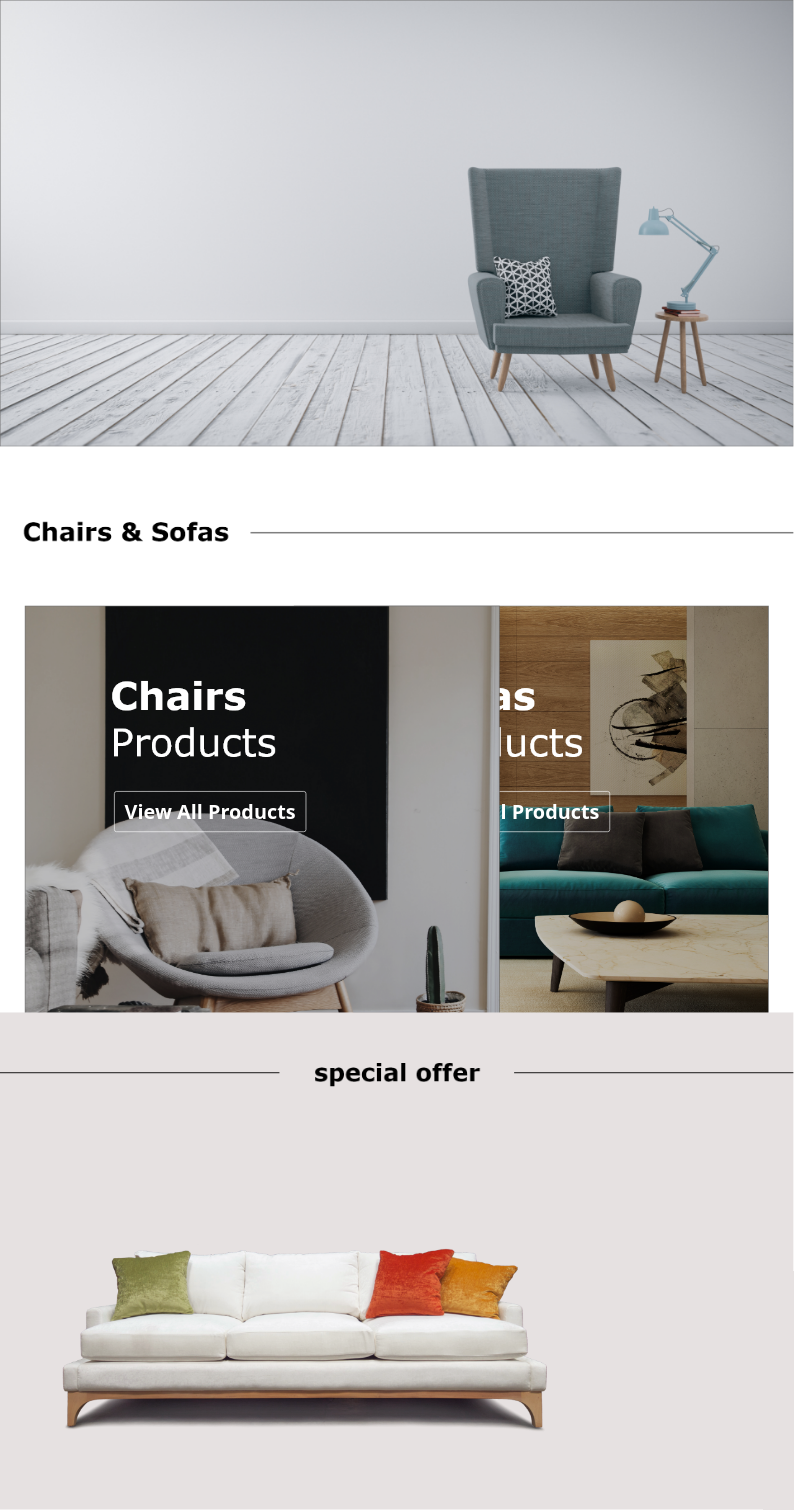
Repository: MEROO1010/creative_home
Page: /
An editor plug-in stored every save of this project. The page is shown before and after the next save, followed by the edit.
The browser window is 1280 px wide. The pictures show the whole page, at 62% of full size.
The project was rebuilt for these pictures with package versions that can differ from the ones it lists, and the page was loaded fresh each time. The framework's server and built-in components were replaced by stand-ins that run in the browser. Also part of the build but not shown: next.config.js.

Above is the page before, as saved 2022-12-11 10:24:40.

### pages/_app.tsx
import '../styles/globals.css'
import type { AppProps } from 'next/app'

export default function App({ Component, pageProps }: AppProps) {
  return <Component {...pageProps} />


}

### pages/index.tsx
import styles from '../styles/Home.module.css'
import Firstsection from '../components/Firstsection'
import Chair_Sofa from '../components/Chair_Sofa'
import SpecialOffer from '../components/SpecialOffer'



export default function Home() {
  return (
    <div className='overflow-y-auto'>

    <div>
      <Firstsection/>

      <Chair_Sofa/>

      <div  >
      <SpecialOffer/>
      </div>



    </div>



    </div>

  )
}

### components/Firstsection.tsx
import React from 'react'
import Image from 'next/image'
import first_img from '../assets/images/first_img.png'


const firstsection = () => {
  return (
    <div>
      <Image src={first_img} alt={''}/>
    </div>
  )
}

export default firstsection

### components/Chair_Sofa.tsx
import React from 'react'
import Image from 'next/image'

import Title1 from '../assets/images/title1.png'
import righBtn from '../assets/images/btn-r.png'
import leftBtn from '../assets/images/btn-l.png'




const Chair_Sofa = () => {
  return (
    <div className='py-4 '>
     <div className='my-20 py-4'>
     <Image src={Title1} alt={''}/>
     </div>

     <div className=" absolute   	 right-10	     ">
      <Image src={righBtn} alt={''}/>
      <div className="absolute bottom-60   left-40 mx-10 my-28 bg-transparent hover:bg-gray-500 text-white  text-[32px] font-semibold hover:text-white py-2 px-4 border border-white hover:border-transparent rounded w-394 h-82   "><button>View All Products</button></div>
     </div>

     <div className=" absolute left-10  ">
      <Image src={leftBtn} alt={''}/>
      <div className="absolute bottom-60   left-20 mx-16 my-28 bg-transparent hover:bg-gray-500 text-white  text-[32px] font-semibold hover:text-white py-2 px-4 border border-white hover:border-transparent rounded w-394 h-82   "><button>View All Products</button></div>
     </div>

      <div>

      </div>

   </div>
  )
}

export default Chair_Sofa

### components/SpecialOffer.tsx
import React from 'react'
import Image from 'next/image'
import specialOffer from '../assets/images/specialOffer.png'
import sofa2 from '../assets/images/sofa2.png'



const SpecialOffer = () => {
  return (
    <div className="relative bg-[#E6E1E1]  py-10    my-80  top-80    ">
        <div className=' py-4 my-4 top-20'>
          <Image src={specialOffer} alt=''/>

         </div>

         <div className='mx-20 left-10'>
          <Image src={sofa2} alt=''/>

         </div>
    </div>
  )
}

export default SpecialOffer

### tailwind.config.js
/** @type {import('tailwindcss').Config} */
module.exports = {
  content: [
    "./pages/**/*.{js,ts,jsx,tsx}",
    "./components/**/*.{js,ts,jsx,tsx}",
  ],
  theme: {

    extend: {},
  },
  plugins: [],
}

Loaded but not shown: styles/globals.css (common file)

After the next save:
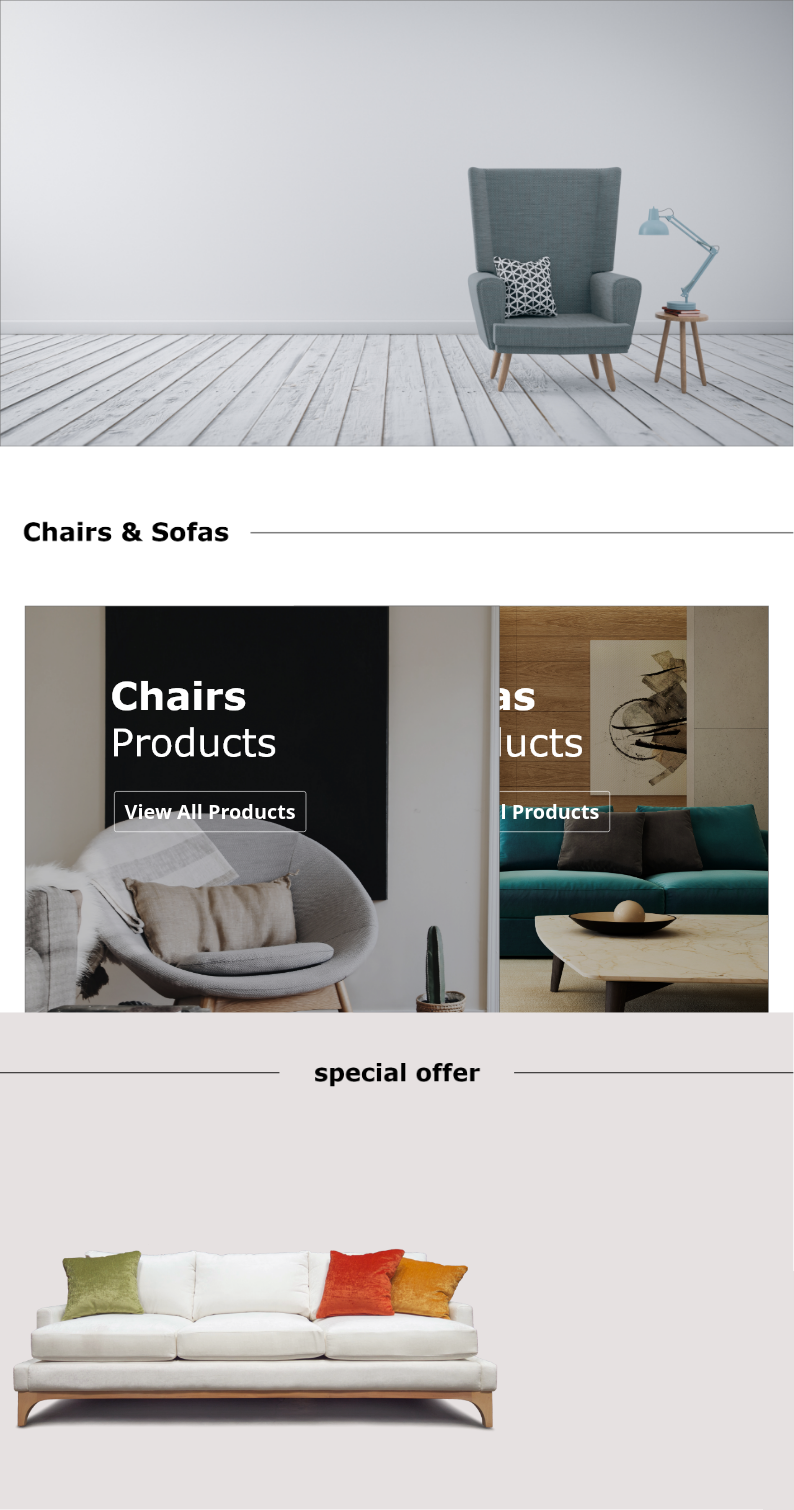
Saved 6 s later.
--- a/components/SpecialOffer.tsx
+++ b/components/SpecialOffer.tsx
@@ -13,7 +13,7 @@ const SpecialOffer = () => {
 
          </div>
 
-         <div className='mx-20 left-10'>
+         <div className=' left-10'>
           <Image src={sofa2} alt=''/>
 
          </div>
